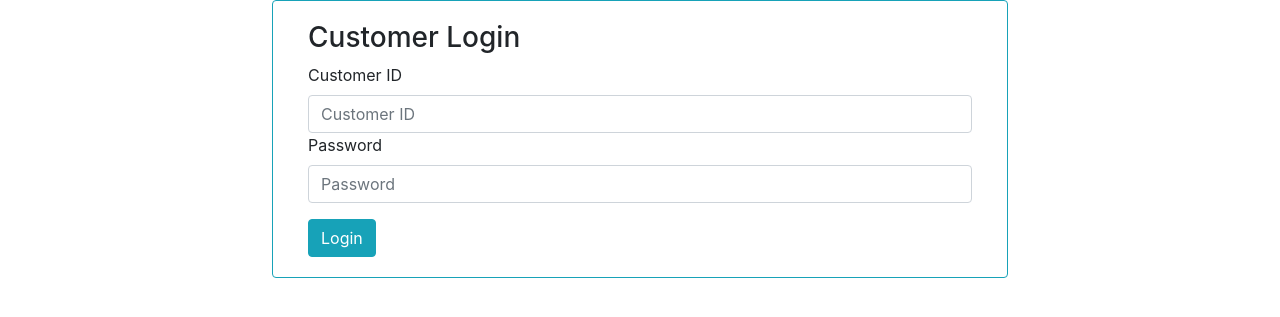
Repository: hrishibhattu/CodeFury-Internal-2
Page: http://localhost/ToYoDo/JSP/customerLogin.jsp
These files come from the project's save history. The page is drawn as it stood at one moment and after the next save; the edit follows.
The browser window is 1280 px wide. The pictures show the whole page.
Some web libraries are served in a nearby version. The page is served by Tomcat 9. Other server files are loaded and not shown.

Above is the page before, as saved 2021-09-17 19:57:44.

### ToYoDo/WebContent/JSP/customerLogin.jsp
<%@ page language="java" contentType="text/html; charset=ISO-8859-1"
	pageEncoding="ISO-8859-1"%>
<!DOCTYPE html>
<html>
<head>
<meta charset="ISO-8859-1">
<title>Customer Login</title>
<link rel="stylesheet" href="https://maxcdn.bootstrapcdn.com/bootstrap/4.0.0/css/bootstrap.min.css">
<script src="https://code.jquery.com/jquery-3.2.1.slim.min.js"></script>
<script	src="https://cdnjs.cloudflare.com/ajax/libs/popper.js/1.12.9/umd/popper.min.js"></script>
<script	src="https://maxcdn.bootstrapcdn.com/bootstrap/4.0.0/js/bootstrap.min.js"></script>
<script	src="https://ajax.googleapis.com/ajax/libs/jquery/3.3.1/jquery.min.js"></script>
<script>
	(function() {
		'use strict';
		window.addEventListener('load', function() {
			// Fetch all the forms we want to apply custom Bootstrap validation styles to
			var forms = document.getElementsByClassName('needs-validation');
			// Loop over them and prevent submission
			var validation = Array.prototype.filter.call(forms, function(form) {
				form.addEventListener('submit', function(event) {
					if (form.checkValidity() === false) {
						event.preventDefault();
						event.stopPropagation();
					}
					form.classList.add('was-validated');
				}, false);
			});
		}, false);
	})();
</script>
</head>
<body>

	<%
		String loginStatus = (String) request.getAttribute("loginStatus");
		if (loginStatus != null) {
	%>
	<div class="alert alert-danger alert-dismissible fade show"
		role="alert">
		<strong><%=loginStatus%>!</strong>
		<button type="button" class="close" data-dismiss="alert"
			aria-label="Close">
			<span aria-hidden="true">&times;</span>
		</button>
	</div>
	<%
		}
	%>

	<div class="card border-info container" style="max-width: 46rem;">

		<div class="card-body">
			<form class="needs-validation" novalidate method="POST"
				onsubmit="return main()" action="/ToYoDo/CustomerLogInServlet">
				<h3>Customer Login</h3>
				<div class="form-group">
					<label for="validUsername">Customer ID</label> <input type="text"
						class="form-control" id="customerID" name="customerID"
						placeholder="Customer ID" aria-describedby="inputGroupPrepend"
						required>
					<div class="invalid-feedback">Customer ID is missing!</div>
					<div class="form-group">
						<label for="inputPassword">Password</label> <input type="password"
							class="form-control" id="customerPassword"
							name="customerPassword" placeholder="Password" required>
						<div class="invalid-feedback">Password is missing!</div>
					</div>
				</div>
				<button type=submit class="btn btn-info">Login</button>
			</form>
		</div>
	</div>

</body>
</html>

After the next save:
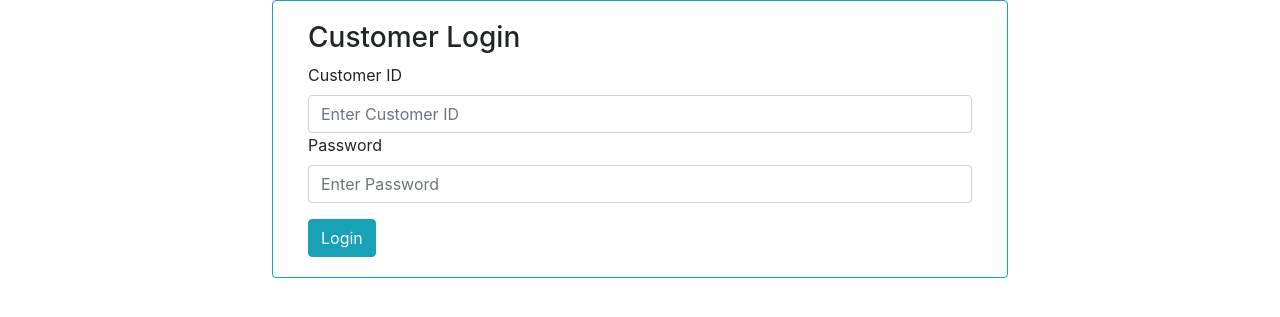
Saved 50 s later.
--- a/ToYoDo/WebContent/JSP/customerLogin.jsp
+++ b/ToYoDo/WebContent/JSP/customerLogin.jsp
@@ -57,13 +57,13 @@
 				<div class="form-group">
 					<label for="validUsername">Customer ID</label> <input type="text"
 						class="form-control" id="customerID" name="customerID"
-						placeholder="Customer ID" aria-describedby="inputGroupPrepend"
+						placeholder="Enter Customer ID" aria-describedby="inputGroupPrepend"
 						required>
 					<div class="invalid-feedback">Customer ID is missing!</div>
 					<div class="form-group">
 						<label for="inputPassword">Password</label> <input type="password"
 							class="form-control" id="customerPassword"
-							name="customerPassword" placeholder="Password" required>
+							name="customerPassword" placeholder="Enter Password" required>
 						<div class="invalid-feedback">Password is missing!</div>
 					</div>
 				</div>
